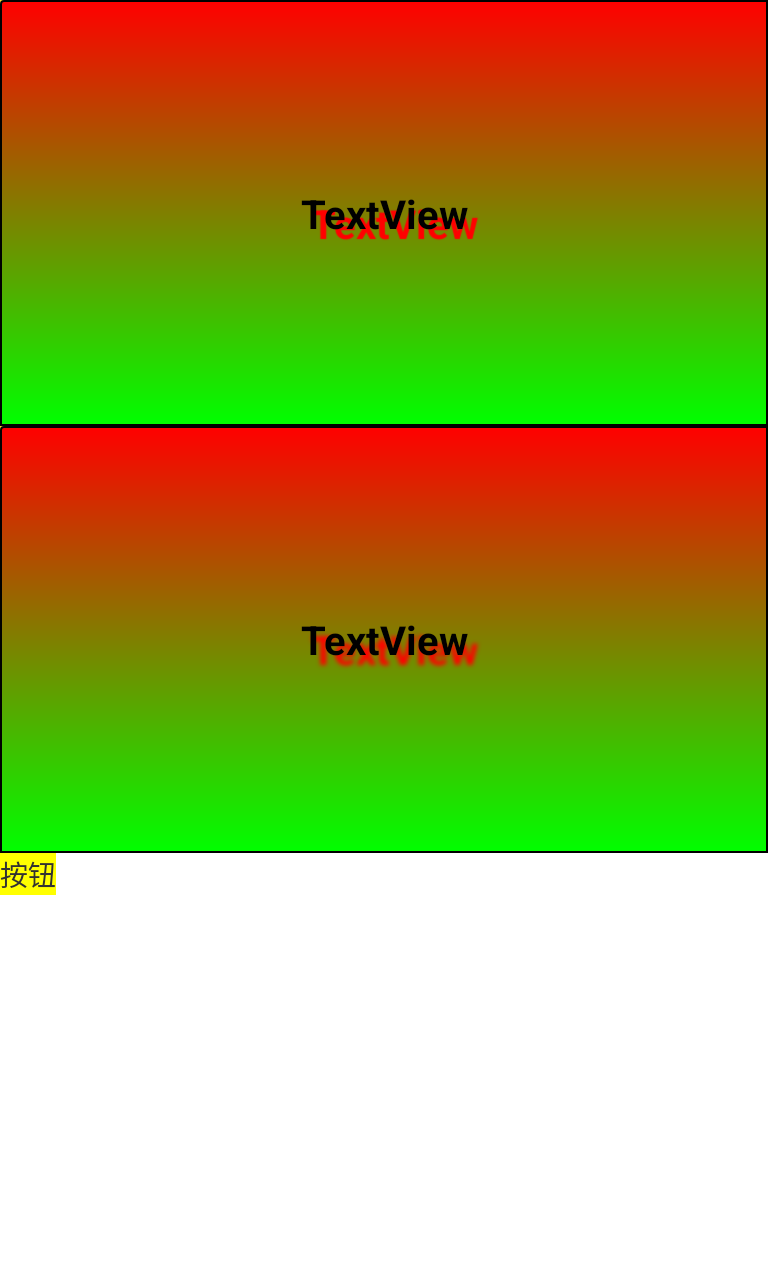
Repository: yhtaphp/yhtqgit
Layout: android/TextView/res/layout/activity_main.xml
An editor plug-in stored every save of this project. The layout is shown before and after the next save, followed by the edit.
It is drawn on a 768 x 1280 px phone screen (xhdpi) without system bars, with theme AppTheme; the app's code is not run.

Above is the layout before, as saved 2016-09-11 13:40:48.

### android/TextView/res/layout/activity_main.xml
<LinearLayout xmlns:android="http://schemas.android.com/apk/res/android"
    xmlns:tools="http://schemas.android.com/tools"
    android:layout_width="match_parent"
    android:layout_height="match_parent"
    tools:context="${relativePackage}.${activityClass}"
    android:background="#ffdd33"
    android:orientation="vertical"
     >

    <TextView
        android:id="@+id/text1"
        android:layout_width="match_parent"
        android:layout_height="0dp"
        android:layout_weight="1"
        android:gravity="center"
        android:background="@drawable/teststyle"
        android:textColor="#000"
        android:shadowDx="10"
        android:shadowDy="10"
        android:shadowColor="#f00"
        android:shadowRadius="0.1"
        android:textStyle="bold"
        android:textSize="20sp"
        android:text="TextView" />
        <TextView
        android:layout_width="match_parent"
        android:layout_height="0dp"
        android:layout_weight="1"
        android:gravity="center"
        android:background="@drawable/teststyle"
        android:textColor="#000"
        android:shadowDx="10"
        android:shadowDy="10"
        android:shadowColor="#f00"
        android:shadowRadius="3.0"
        android:textStyle="bold"
        android:textSize="20sp"
        android:text="TextView" />
   <TableLayout
       android:layout_weight="1"
       android:layout_width="match_parent"
       android:layout_height="0dp"
       android:orientation="horizontal"
       android:background="#fff"
       >
       <TableRow >
           <TextView
               android:layout_width="wrap_content"
               android:layout_height="wrap_content"
               android:background="#ff0"
               android:text="按钮"/>
       </TableRow>
   </TableLayout>
</LinearLayout>

### android/TextView/res/drawable-ldpi/teststyle.xml
<?xml version="1.0" encoding="utf-8"?>
<shape xmlns:android="http://schemas.android.com/apk/res/android" >
    <!-- 设置一个边框 -->
    <stroke android:width="2px" android:color="#000"/>

    <gradient
        android:angle="270"
        android:startColor="#f00"
        android:endColor="#0f0"/>

    <!-- 设置内边距 -->
    <padding
        android:left="5px"
        android:right="5px"
        android:top="5px"
        android:bottom="5px"
        />
    <corners android:topLeftRadius="3px"/>

</shape>

Loaded but not shown: android/TextView/res/values/styles.xml (common file); android/TextView/res/values-v11/styles.xml (common file); android/TextView/res/values-v14/styles.xml (common file)

After the next save:
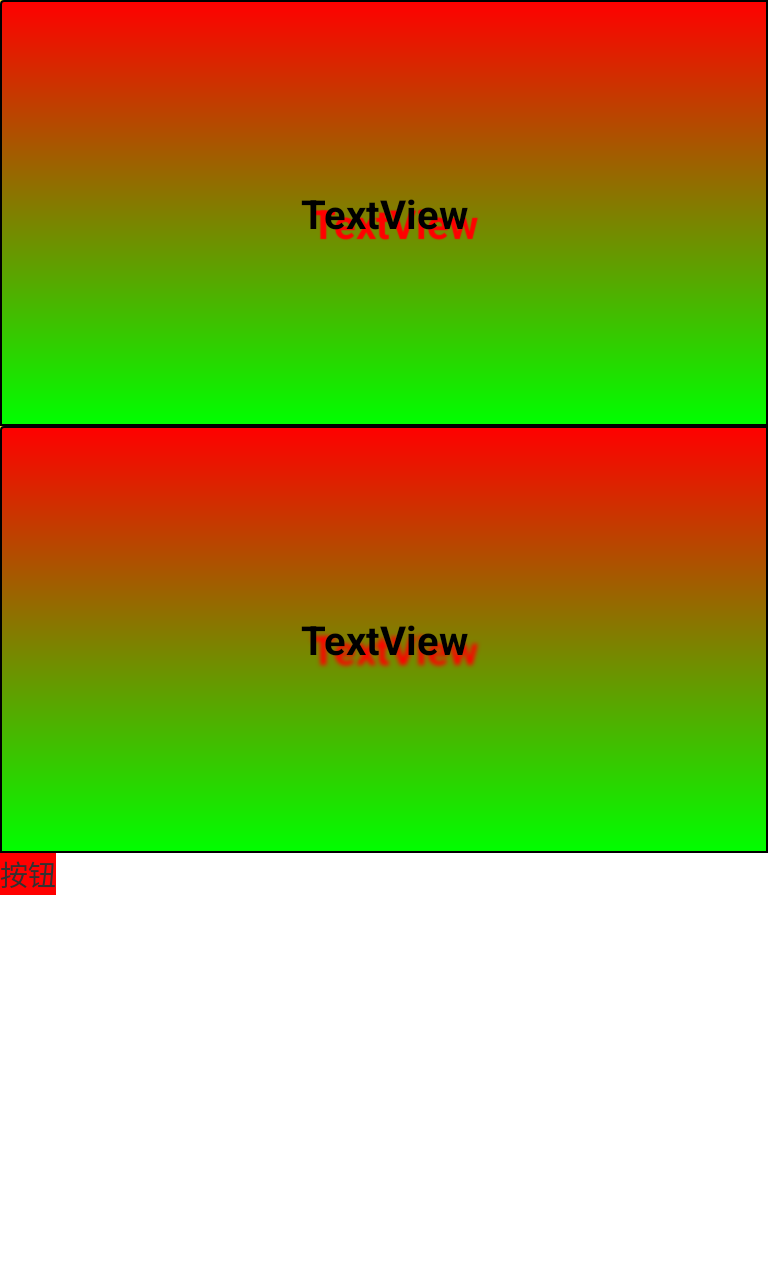
Saved 2 min 1 s later.
--- a/android/TextView/res/layout/activity_main.xml
+++ b/android/TextView/res/layout/activity_main.xml
@@ -47,7 +47,7 @@
            <TextView
                android:layout_width="wrap_content"
                android:layout_height="wrap_content"
-               android:background="#ff0"
+               android:background="#f00"
                android:text="按钮"/>
        </TableRow>
    </TableLayout>
